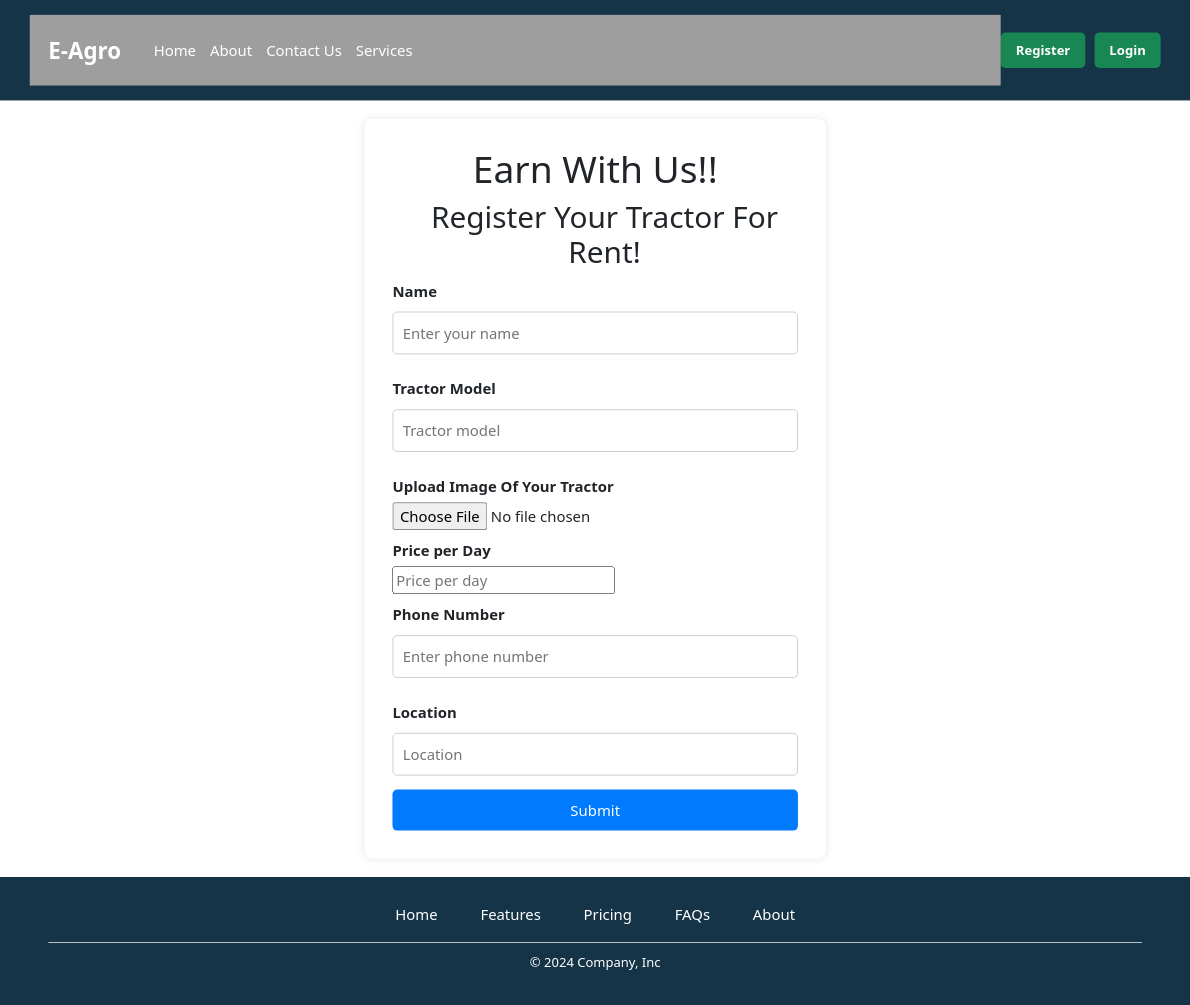
Repository: soniyakhichi11/E-Agro
Page: /FormRental (app in frontend/)
An editor plug-in stored every save of this project. The page is shown before and after the next save, followed by the edit.
The browser window is 1280 px wide. The pictures show the whole page, at 93% of full size.
Pictures or frames that could not be fetched are drawn as grey boxes. The project was rebuilt for these pictures with package versions that can differ from the ones it lists, and the page was loaded fresh each time. Also part of the build but not shown: frontend/vite.config.js, frontend/src/components/Register.jsx, frontend/src/components/Rental.jsx, frontend/src/components/BookingPage.jsx, frontend/src/components/Home.jsx, frontend/src/components/About.jsx, frontend/src/components/Contact.jsx, frontend/src/components/Login.jsx.

Above is the page before, as saved 2025-04-05 18:12:44.

After the next save:
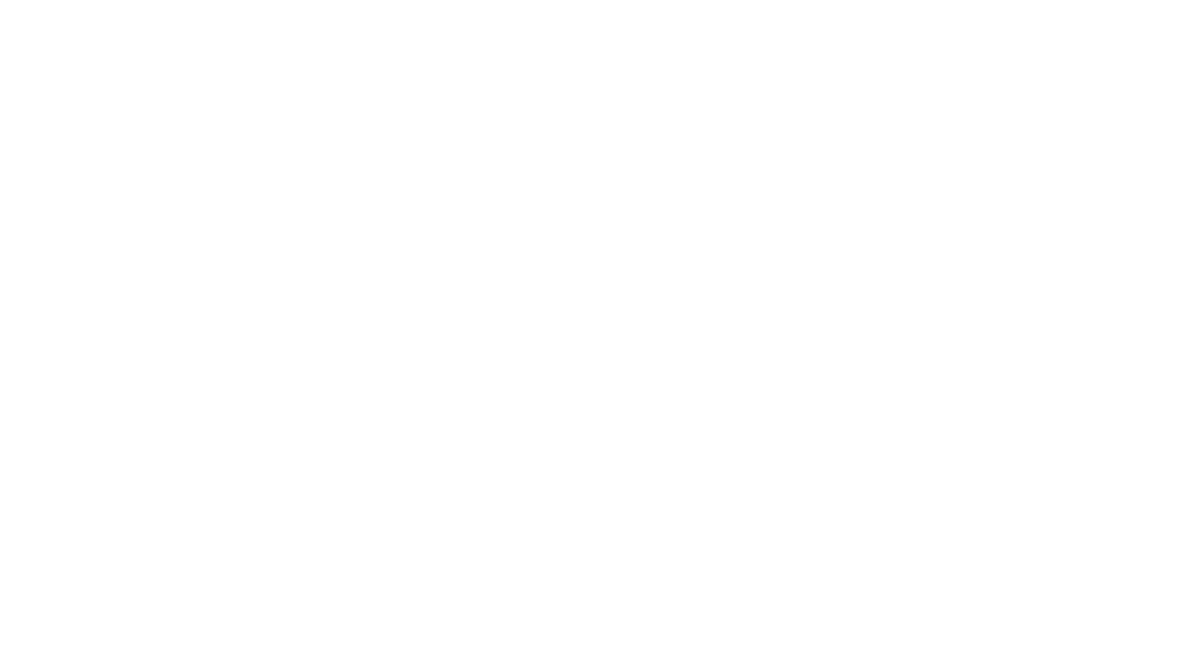
Console error: ReferenceError: handleFileChange is not defined
Saved 13 min 59 s later.
--- a/frontend/src/components/FormRental.jsx
+++ b/frontend/src/components/FormRental.jsx
@@ -21,9 +21,9 @@
         setFormData({ ...formData, [name]: value });
     };
 
-    const handleFileChange = (e) => {
-        setFormData({ ...formData, image: e.target.files[0] });
-    };
+    // const handleFileChange = (e) => {
+    //     setFormData({ ...formData, image: e.target.files[0] });
+    // };
 
     const handleSubmit = async (e) => {
         e.preventDefault();

After the 4 saves that followed:
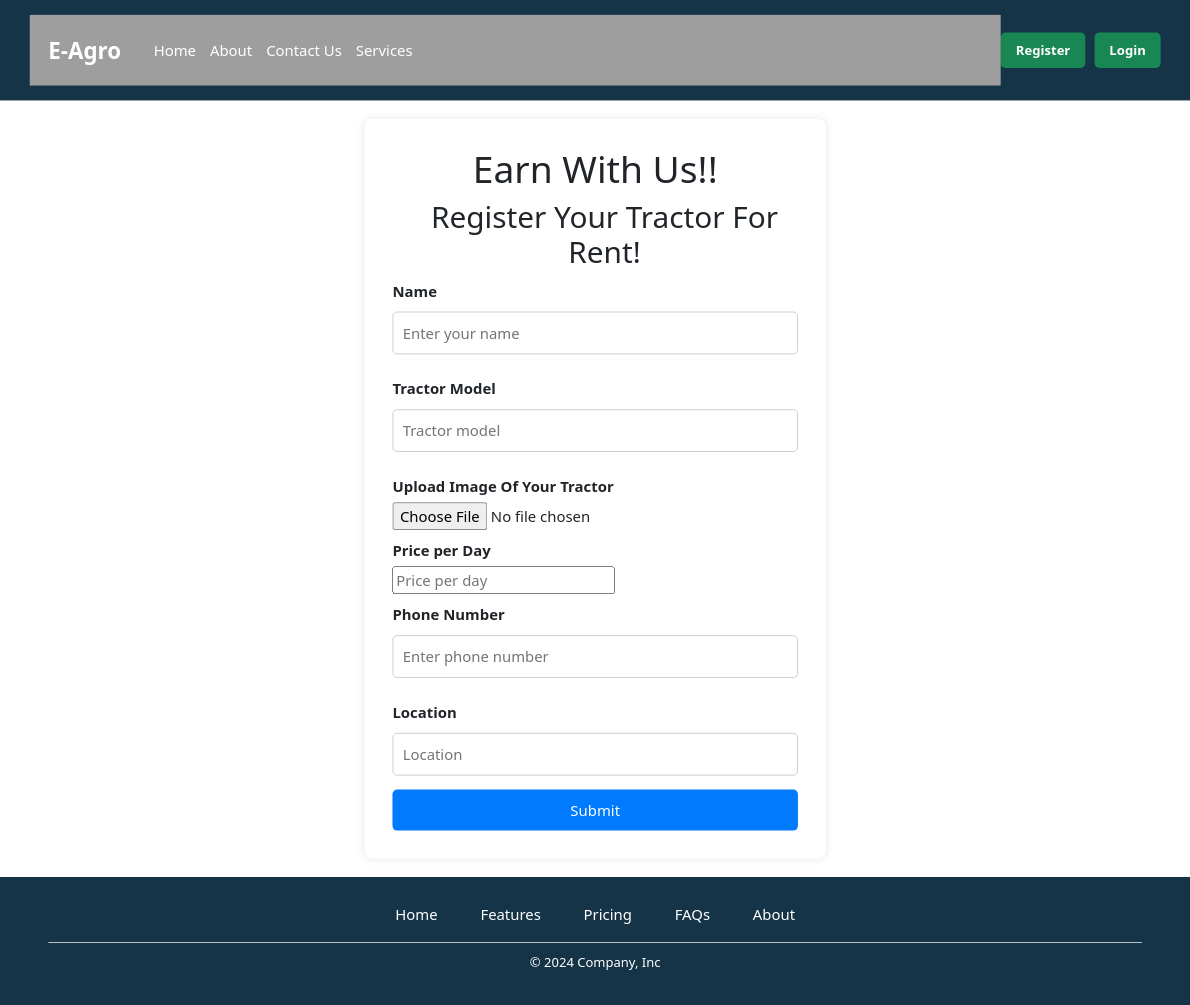
The error is gone.
The 4 saves are shown as one change because 1 left the picture as it was and some came seconds apart.
The last was saved 11 s later.
--- a/frontend/src/components/FormRental.jsx
+++ b/frontend/src/components/FormRental.jsx
@@ -24,6 +24,14 @@
     // const handleFileChange = (e) => {
     //     setFormData({ ...formData, image: e.target.files[0] });
     // };
+
+    const handleFileChange = (e) => {
+        setFormData((prevData) => ({
+          ...prevData,
+          image: e.target.files[0], // Make sure it's the file object
+        }));
+      };
+
 
     const handleSubmit = async (e) => {
         e.preventDefault();
